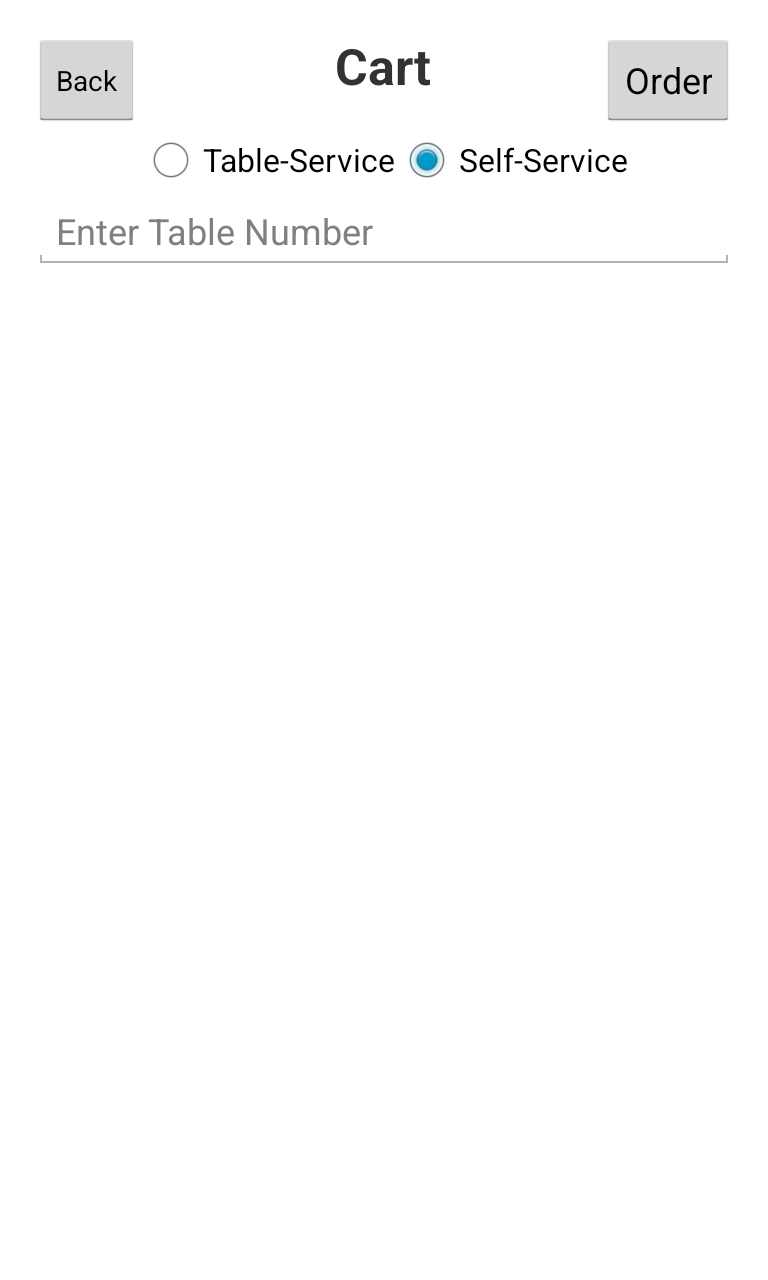
Repository: PotatoBiscuit/Thirstbuster
Layout: MobApp/workspace/DrinkAndGo/res/layout/activity_cart.xml
These files come from the project's save history. The layout is drawn as it stood at one moment and after the next save; the edit follows.
It is drawn on a 768 x 1280 px phone screen (xhdpi) without system bars, with theme AppTheme; the app's code is not run. The app's manifest (not shown) leaves right-to-left support off. So textAlignment, textDirection and layoutDirection are ignored, and left and right values win over start and end ones.

Above is the layout before, as saved 2016-04-18 00:50:20.

### MobApp/workspace/DrinkAndGo/res/layout/activity_cart.xml
<LinearLayout xmlns:android="http://schemas.android.com/apk/res/android"
    xmlns:tools="http://schemas.android.com/tools"
    android:layout_width="fill_parent"
    android:layout_height="fill_parent"
    android:gravity="center_horizontal"
    android:orientation="vertical"
    android:paddingBottom="@dimen/activity_vertical_margin"
    android:paddingLeft="@dimen/activity_horizontal_margin"
    android:paddingRight="@dimen/activity_horizontal_margin"
    android:paddingTop="@dimen/activity_vertical_margin"
    tools:context="com.CS477.drinkandgo.activities.CartActivity" >

    <RelativeLayout
        android:layout_width="wrap_content"
        android:layout_height="wrap_content" >

        <TextView
            android:id="@+id/cart"
            android:layout_width="wrap_content"
            android:layout_height="wrap_content"
            android:layout_centerHorizontal="true"
            android:text="@string/cart"
            android:textSize="@dimen/title_size2"
            android:textStyle="bold" />

        <Button
            android:id="@+id/backButton"
            style="?android:attr/buttonStyleSmall"
            android:layout_width="wrap_content"
            android:layout_height="wrap_content"
            android:layout_alignParentStart="true"
            android:onClick="goBack"
            android:text="@string/back" />

        <Button
            android:id="@+id/order"
            android:layout_width="wrap_content"
            android:layout_height="wrap_content"
            android:layout_alignParentEnd="true"
            android:onClick="orderDrinks"
            android:text="@string/order" />

    </RelativeLayout>

    <RadioGroup
        android:id="@+id/service_type"
        android:layout_width="wrap_content"
        android:layout_height="wrap_content"
        android:orientation="horizontal" >

        <RadioButton
            android:id="@+id/table_service_view"
            android:layout_width="wrap_content"
            android:layout_height="wrap_content"
            android:text="@string/table"
            android:onClick="setService" />

        <RadioButton
            android:id="@+id/self_service_view"
            android:layout_width="wrap_content"
            android:layout_height="wrap_content"
            android:checked="true"
            android:text="@string/self"
            android:onClick="setService" />
    </RadioGroup>

    <EditText
        android:id="@+id/table_num_view"
        android:layout_width="match_parent"
        android:layout_height="wrap_content"
        android:ems="10"
        android:hint="@string/enter_table_num"
        android:inputType="number" >

    </EditText>

    <LinearLayout
        android:id="@+id/cart_items"
        android:layout_width="match_parent"
        android:layout_height="wrap_content"
        android:layout_marginTop="@dimen/title_margin"
        android:gravity="center_horizontal"
        android:orientation="vertical" >

        <TextView
            android:id="@+id/total"
            android:layout_width="wrap_content"
            android:layout_height="wrap_content"
            android:ems="10"
            android:textSize="@dimen/title_size2"
            android:textStyle="bold" />

        <ScrollView
            android:layout_width="fill_parent"
            android:layout_height="wrap_content" >

            <LinearLayout
                android:id="@+id/cartList"
                android:layout_width="match_parent"
                android:layout_height="wrap_content"
                android:layout_gravity="center_horizontal"
                android:gravity="center_horizontal"
                android:orientation="vertical" >
            </LinearLayout>
        </ScrollView>
    </LinearLayout>

</LinearLayout>

### MobApp/workspace/DrinkAndGo/res/values/dimens.xml
<resources>

    <!-- Default screen margins, per the Android Design guidelines. -->
    <dimen name="activity_horizontal_margin">16dp</dimen>
    <dimen name="activity_vertical_margin">16dp</dimen>
    <dimen name="title_size">72px</dimen>
    <dimen name="button_margin">10dp</dimen>
    <dimen name="title_margin">50dp</dimen>
    <dimen name="title_size2">25dp</dimen>

</resources>

### MobApp/workspace/DrinkAndGo/res/values/strings.xml
<?xml version="1.0" encoding="utf-8"?>
<resources>

    <string name="app_name">DrinkAndGo</string>
    <string name="sign_in">Sign In</string>
    <string name="sign_up">Sign Up</string>
    <string name="title_activity_sign_in">SignInActivity</string>
    <string name="hello_world">Hello world!</string>
    <string name="action_settings">Settings</string>
    <string name="title_activity_sign_up">SignUpActivity</string>
    <string name="username">Username</string>
    <string name="password">Password</string>
    <string name="submit">Submit</string>
    <string name="title_activity_venue_search">VenueSearchActivity</string>
    <string name="name">Name</string>
    <string name="confirm_password">Re-enter Password</string>
    <string name="card_number">Credit Card Number</string>
    <string name="password_error">Passwords do not match!</string>
    <string name="input_error">All fields must be filled!</string>
    <string name="username_error">Username or password is incorrect!</string>
    <string name="username_not_unique">Username is already taken!</string>
    <string name="search_venue">Search Venue</string>
    <string name="search">Search</string>
    <string name="select">Select</string>
    <string name="title_activity_menu">MenuActivity</string>
    <string name="back">Back</string>
    <string name="cart">Cart</string>
    <string name="title_activity_cart">CartActivity</string>
    <string name="order">Order</string>
    <string name="self">Self-Service</string>
	<string name="table">Table-Service</string>
	<string name="enter_table_num">Enter Table Number</string>

</resources>

Loaded but not shown: MobApp/workspace/DrinkAndGo/res/values/styles.xml (common file); MobApp/workspace/DrinkAndGo/res/values-v11/styles.xml (common file); MobApp/workspace/DrinkAndGo/res/values-v14/styles.xml (common file); MobApp/workspace/DrinkAndGo/res/values-w820dp/dimens.xml (common file)

After the next save:
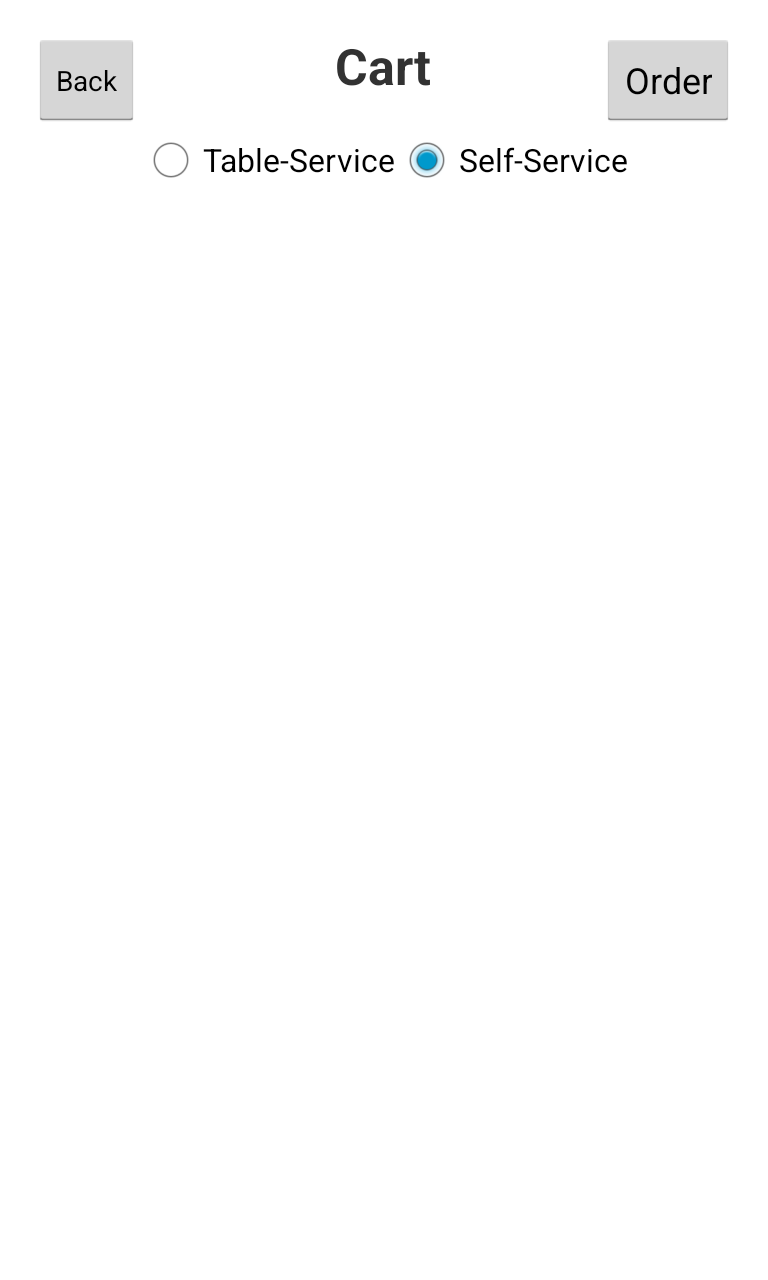
Saved 2 min 56 s later.
--- a/MobApp/workspace/DrinkAndGo/res/layout/activity_cart.xml
+++ b/MobApp/workspace/DrinkAndGo/res/layout/activity_cart.xml
@@ -70,7 +70,8 @@
         android:layout_height="wrap_content"
         android:ems="10"
         android:hint="@string/enter_table_num"
-        android:inputType="number" >
+        android:inputType="number"
+        android:visibility="gone" >
 
     </EditText>
 
